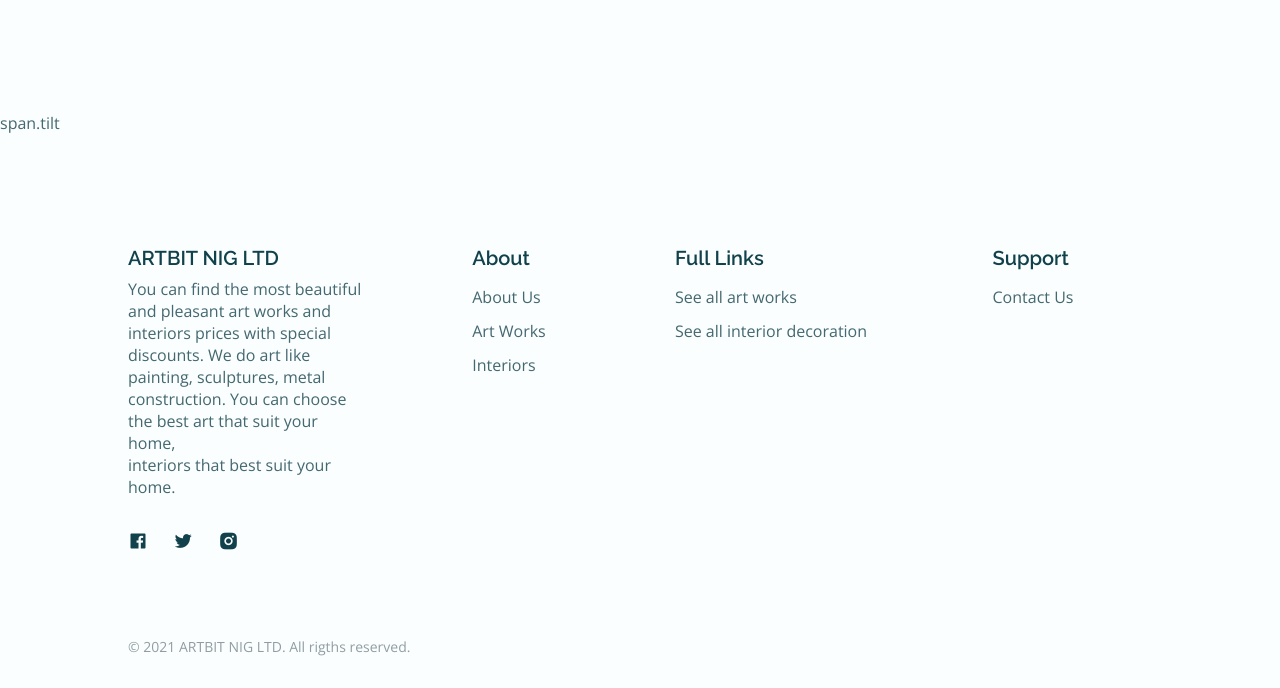
Repository: uche-hub/ARTBIT-WEB
Page: art.html
These files come from the project's save history. The page is drawn as it stood at one moment and after a run of saves; the edit follows.
The browser window is 1280 px wide. The pictures show the part of the page from y = 1675 to 2385 px (the page is 2363 px tall before and 2385 px after).
A picture or video elsewhere on the page could not be fetched, so the positions and the page height are approximate.

Above is the page before, as saved 2021-10-15 21:16:46.
Console error: TypeError: Cannot read properties of null (reading 'classList')

After the next 9 saves:
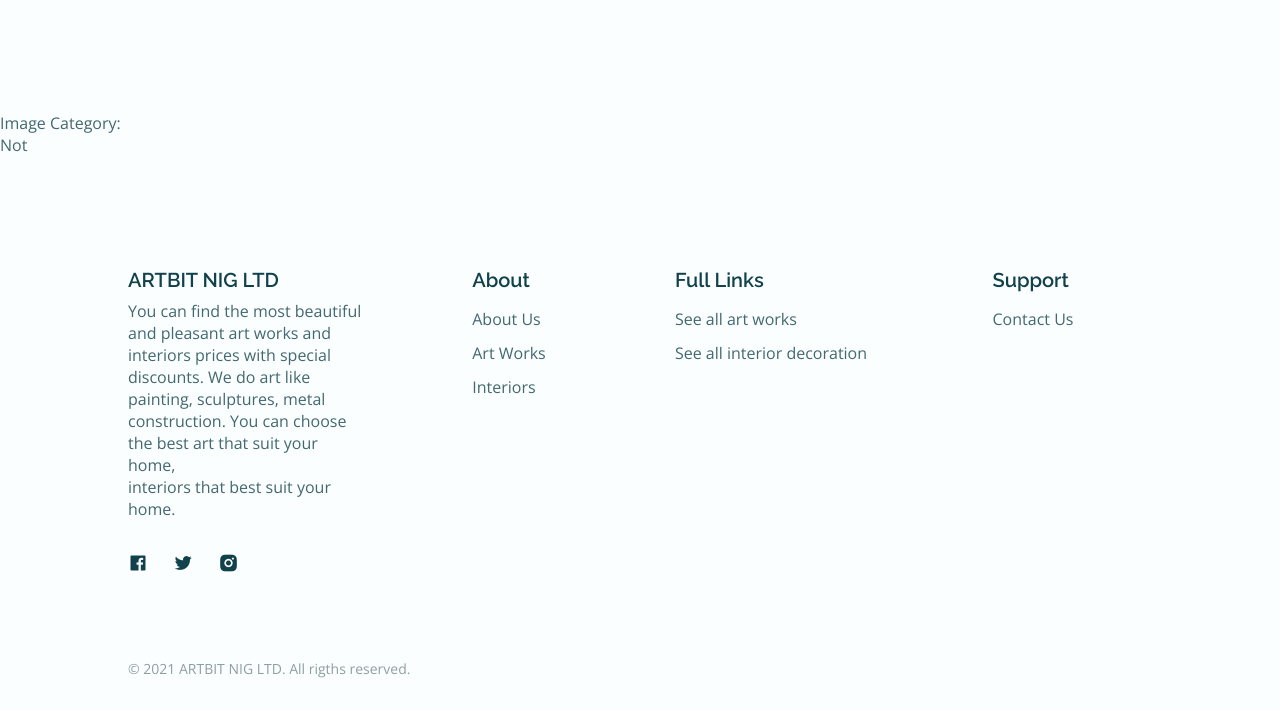
The 9 saves are shown as one change because they came seconds apart.
The last was saved 28 s later.
--- a/art.html
+++ b/art.html
@@ -108,7 +108,7 @@
             <!-- Full Screen Image Preview Box-->
             <div class="preview-box">
                 <div class="details">
-                    span.tilt
+                    <span class="title">Image Category: <p>Not </p></span>
                 </div>
             </div>
         </main>
